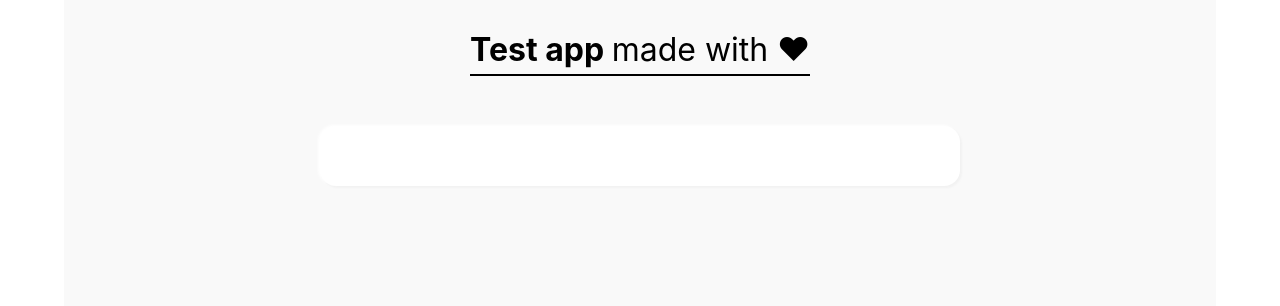
Repository: Khattak01/test-app
Page: /
An editor plug-in stored every save of this project. The page is shown before and after the next save, followed by the edit.
The browser window is 1280 px wide. The pictures show the whole page.
The project was rebuilt for these pictures with package versions that can differ from the ones it lists, and the page was loaded fresh each time.

Above is the page before, as saved 2021-05-12 07:58:42.

After the next save:
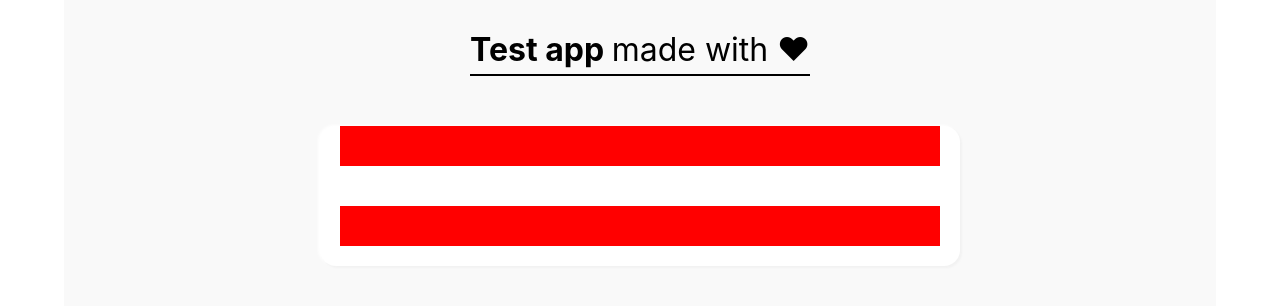
Saved 45 s later.
--- a/src/components/banner/Banner.module.css
+++ b/src/components/banner/Banner.module.css
@@ -11,12 +11,16 @@
   padding: 20px;
   padding-top: 0;
 }
-.banner > *:not(:first-child) {
-  min-width: 300px !important;
-  margin: auto auto;
+
+.banner__top,.banner__bottom{
+  height: 40px;
+  width: 100%;
+  background-color: red;
 }
 
+
 .banner__btn {
+  margin: auto auto;
   width: 300px !important;
   display: flex;
   justify-content: center;
